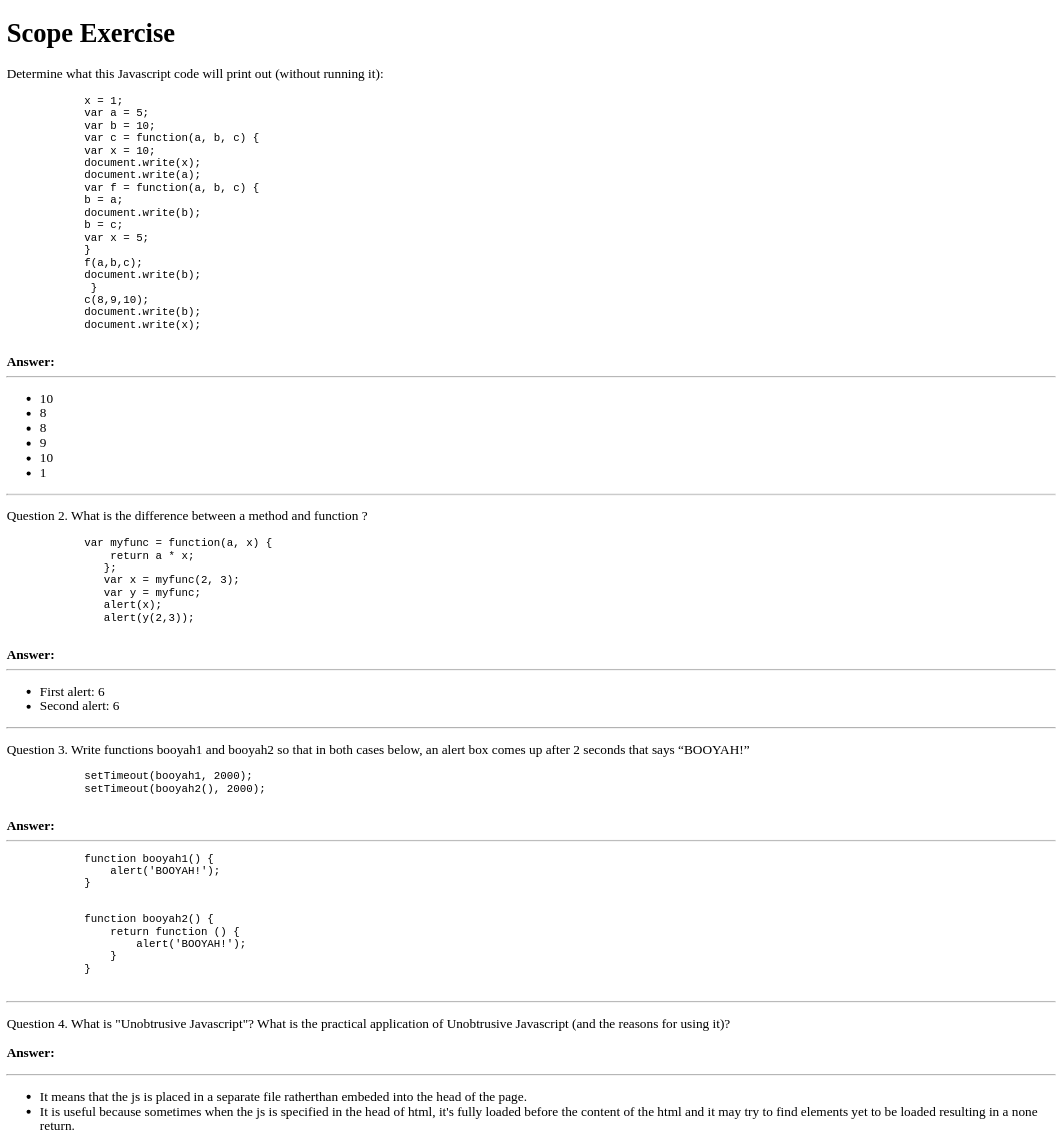
Repository: bethelbahiru/WAP
Page: Homework3/scope.html
The author's editor kept a copy of each file at every save. The page is drawn from the files as they stood at one save, then again after a run of saves.
The browser window is 1280 px wide. The pictures show the whole page, at 83% of full size.

Above is the page before, as saved 2022-01-18 15:50:36.

### Homework3/scope.html
<!DOCTYPE html>
<html lang="en">
<head>
    <meta charset="UTF-8">
    <meta http-equiv="X-UA-Compatible" content="IE=edge">
    <meta name="viewport" content="width=device-width, initial-scale=1.0">
    <title>Scope Exercise</title>
</head>
<body>
    <h1><strong>Scope Exercise</strong></h1>
    <p> Determine what this Javascript code will print out (without running it):
        <pre>
            x = 1;
            var a = 5;
            var b = 10;
            var c = function(a, b, c) {
            var x = 10;
            document.write(x);
            document.write(a);
            var f = function(a, b, c) {
            b = a;
            document.write(b);
            b = c;
            var x = 5;
            }
            f(a,b,c);
            document.write(b);
             }
            c(8,9,10);
            document.write(b);
            document.write(x);
        </pre>

        <strong>Answer:</strong>
        <hr>
        <ul>
            <li>10</li>
            <li>8</li>
            <li>8</li>
            <li>9</li>
            <li>10</li>
            <li>1</li>
        </ul>
    </p>
    <hr>
    <p>Question 2.  What is the difference between a method and function ?
        <pre>
            var myfunc = function(a, x) {
                return a * x;
               };
               var x = myfunc(2, 3);
               var y = myfunc;
               alert(x);
               alert(y(2,3));
        </pre>
        <strong>Answer:</strong>
        <hr>
        <ul>
            <li>First alert: 6</li>
            <li>Second alert: 6</li>
        </ul>
    </p>
    <hr>
    <p>Question 3. Write functions booyah1 and booyah2 so that in both cases below, an alert box comes up after 2 seconds that
        says “BOOYAH!”
        <pre>
            setTimeout(booyah1, 2000);
            setTimeout(booyah2(), 2000);
        </pre>
        <strong>Answer:</strong>
        <hr>
        <pre>
            function booyah1() {
                alert('BOOYAH!');
            }
        </pre>
        <pre>
            function booyah2() {
                return function () {
                    alert('BOOYAH!');
                }
            }
        </pre>
    </p>
    <hr>
    <p>Question 4. What is "Unobtrusive Javascript"? What is the practical application of Unobtrusive Javascript (and the reasons
        for using it)?
        <br/>
        <br/>
        <strong>Answer:</strong>
        <hr>
        <ul>
            <li>It means that the js is placed in a separate file ratherthan embeded into the head of the page.</li>
            <li>It is useful because sometimes when the js is specified in the head of html, it's fully loaded before the content of the html and it may try to find elements yet to be loaded resulting in a none return.</li>
        </ul>
    </p>

</body>
</html>

After the next 2 saves:
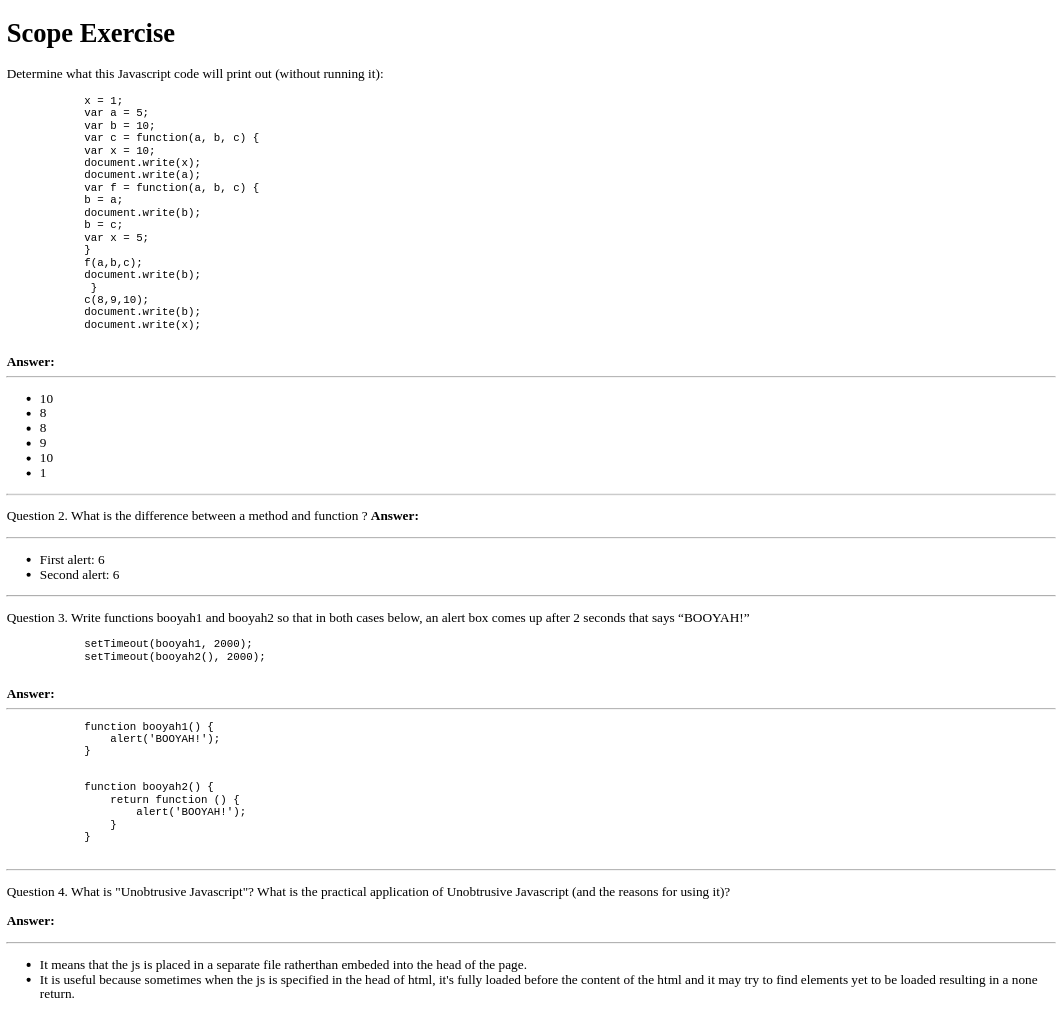
The 2 saves are shown as one change because they came seconds apart.
The last was saved 6 s later.
--- a/Homework3/scope.html
+++ b/Homework3/scope.html
@@ -44,15 +44,7 @@
     </p>
     <hr>
     <p>Question 2.  What is the difference between a method and function ?
-        <pre>
-            var myfunc = function(a, x) {
-                return a * x;
-               };
-               var x = myfunc(2, 3);
-               var y = myfunc;
-               alert(x);
-               alert(y(2,3));
-        </pre>
+
         <strong>Answer:</strong>
         <hr>
         <ul>
